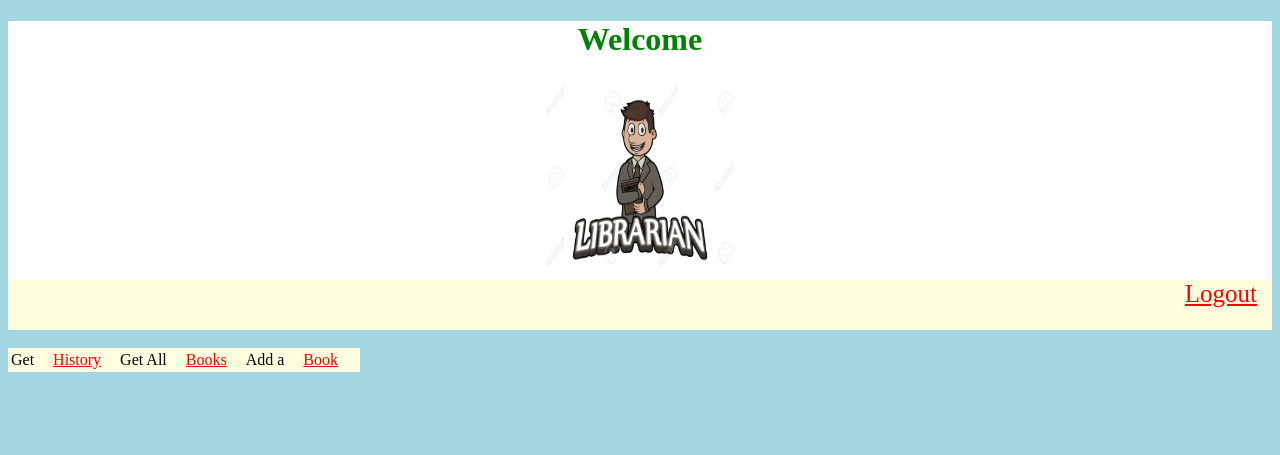
Repository: prashantvadlamani/Library-Management-System
Page: http://localhost/project/librarian.jsp
These files come from the project's save history. The page is drawn as it stood at one moment and after the next save; the edit follows.
The browser window is 1280 px wide. The pictures show the whole page.
The page is served by Tomcat 9. Other server files are loaded and not shown.

Above is the page before, as saved 2018-08-23 06:04:43.

### project/WebContent/librarian.jsp
<%@ page language="java" contentType="text/html; charset=ISO-8859-1"
    pageEncoding="ISO-8859-1"%>
<%@page import="java.util.*"%>
<%@page import="model.*"%>
<!DOCTYPE html PUBLIC "-//W3C//DTD HTML 4.01 Transitional//EN" "http://www.w3.org/TR/html4/loose.dtd">
<html>
<head>
<meta http-equiv="Content-Type" content="text/html; charset=ISO-8859-1">
<title>Librarian</title>
<style>
	h1{
		text-align:center;
		color: green;
	}

	a{
		color: red;
		padding: 15px;
	}
	body{
		background-color: #a3d6e0;
	}
	img{
		width:200px;
		height: 200px;
	}
	.center {
    display: block;
    margin-left: auto;
    margin-right: auto;
	}
	table{
		background-color: lightyellow;
	}
</style>
</head>
<body>
	<header style="background-color:#fdfdfd;">
	   <h1>Welcome</h1>
	   <span><img src="images/librarianlogo.jpg" class="center"></img></span>
  </header>
	<div style="text-align:right;background-color: lightyellow;height: 50px;font-size: 25px;"><a href="logout" >Logout</a></div>
	<br>
	<table>
		<tr>
			<td>Get <a href="libhistory">History</a></td>

			<td>Get All <a href="librarianServlet">Books</a></td>
			<td>Add a <a href="add">Book</a><td>
	</tr>
	</table>

</body>
</html>

After the next save:
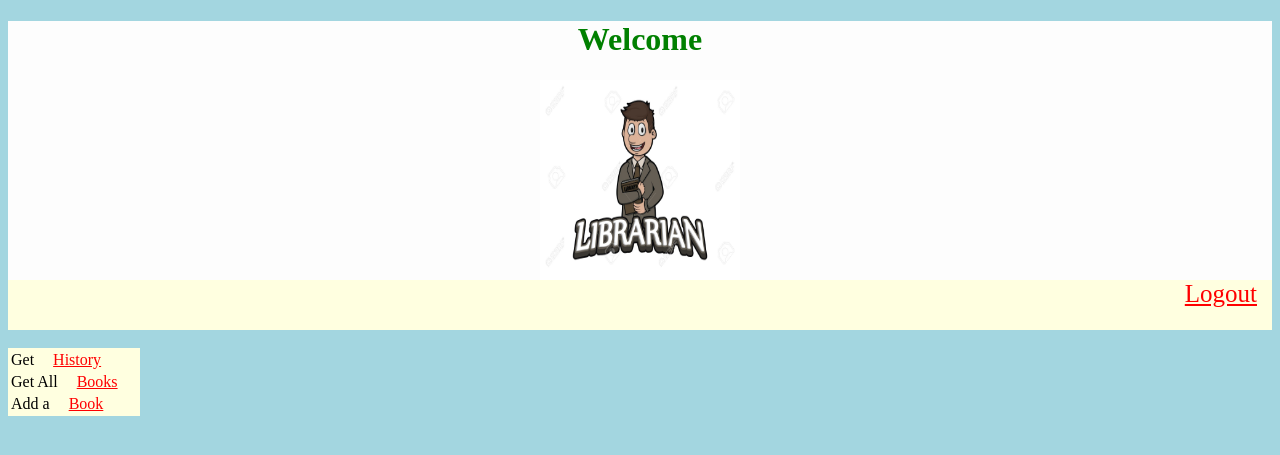
Saved 42 s later.
--- a/project/WebContent/librarian.jsp
+++ b/project/WebContent/librarian.jsp
@@ -44,8 +44,11 @@
 	<table>
 		<tr>
 			<td>Get <a href="libhistory">History</a></td>
-
+		</tr>
+		<tr>
 			<td>Get All <a href="librarianServlet">Books</a></td>
+		</tr>
+		<tr>
 			<td>Add a <a href="add">Book</a><td>
 	</tr>
 	</table>
